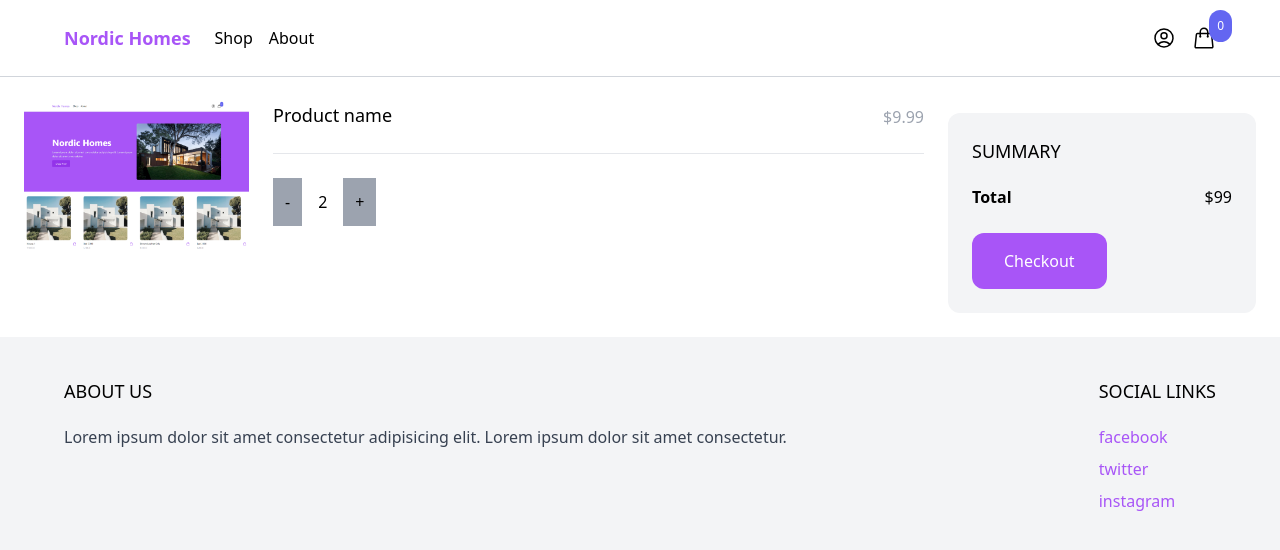
Repository: Calin224/NordicHomes
Page: cart/templates/cart/cart.html
These files come from the project's save history. The page is drawn as it stood at one moment and after the next save; the edit follows.
The browser window is 1280 px wide. The pictures show the whole page.
Some web libraries are served in a nearby version. The template is drawn by Django 4.2. The application's start-up code is not run. Other server files are loaded and not shown. The template is opened directly, without the code that normally fills it, so the values that code supplies are empty.

Above is the page before, as saved 2023-02-16 20:41:28.

### cart/templates/cart/cart.html
{% extends 'core/base.html' %}

{% block content %}

<div class="max-2-6xl mx-auto flex flex-wrap items-start py-6 px-6 ">
    <div class="products w-full lg:w-3/4">
        <div class="product mb-6 flex pr-6">
            <a href="#" class="w-1/4">
                <img src="../../../media/Capture.png" alt="" class="hover:shadow-lg rounded-xl">
            </a>

            <div class="w-3/4 pl-6">
                <div class="flex justify-between">
                    <a href="#" class="text-lg">Product name</a>
                    <span class="mb-6 pt-1 text-gray-400">$9.99</span>
                </div>

                <hr>

                <div class="quantity mt-6 flex items-center space-x-4">
                    <a href="#" class="p-3 bg-gray-400">-</a>
                    <span>2</span>
                    <a href="#" class="p-3 bg-gray-400">+</a>
                </div>
            </div>
        </div>
    </div>

    <div class="summary w-full lg:w-1/4 p-6 bg-gray-100 rounded-xl mt-3">
        <h2 class="uppercase text-lg mb-5">Summary</h2>

        <div class="mb-6 flex justify-between">
            <span class="font-semibold">Total</span>
            <span>$99</span>
        </div>

        <a href="#" class="inline-block px-8 py-4 rounded-xl bg-purple-500 hover:bg-purple-700 text-white">Checkout</a>
    </div>
</div>

{% endblock %}

### core/templates/core/base.html
<!DOCTYPE html>
<html lang="en">

<head>
    <meta charset="UTF-8">
    <meta name="viewport" content="width=device-width, initial-scale=1.0">
    <script src="https://cdn.tailwindcss.com"></script>
</head>

<body>
    <nav class="border-b border-gray-300">
        <div class="max-w-6xl mx-auto py-2 px-6 xl:px-0 flex items-center justify-between">
            <div class="menu-left flex items-center space-x-6">
                <a href="{% url 'frontpage' %}" class="py-4 text-lg text-purple-500 font-semibold">Nordic Homes</a>

                <ul class="flex items-center space-x-4">
                    <li><a href="{% url 'shop' %}">Shop</a></li>
                    <li><a href="#">About</a></li>


                    {% if request.user.is_authenticated %}
                        <li><a href="{% url 'logout' %}" class="px-4 py-2 bg-purple-500 hover:bg-purple-700 text-white rounded-lg">Logout</a></li>
                    {% endif %}

                </ul>
            </div>

            <div class="menu-right flex items-center space-x-4">
                <a href="#">
                    <svg xmlns="http://www.w3.org/2000/svg" fill="none" viewBox="0 0 24 24" stroke-width="1.5"
                        stroke="currentColor" class="w-6 h-6">
                        <path stroke-linecap="round" stroke-linejoin="round"
                            d="M17.982 18.725A7.488 7.488 0 0012 15.75a7.488 7.488 0 00-5.982 2.975m11.963 0a9 9 0 10-11.963 0m11.963 0A8.966 8.966 0 0112 21a8.966 8.966 0 01-5.982-2.275M15 9.75a3 3 0 11-6 0 3 3 0 016 0z" />
                    </svg>

                </a>

                {% include 'cart/menu_cart.html' %}
            </div>
        </div>
    </nav>

    <main>
        {% block content %}{% endblock content %}
    </main>

    <footer class="bg-gray-100">
        <div class="max-w-6xl mx-auto py-10 px-6 xl:px-0 md:flex justify-between">
            <div class="footer-left mb-12 md:mb-0">
                <h2 class="mb-5 uppercase text-lg">about us</h2>
                <p class="text-gray-700">Lorem ipsum dolor sit amet consectetur adipisicing elit. Lorem ipsum dolor sit
                    amet consectetur.</p>
            </div>

            <div class="footer-right">
                <h2 class="mb-5 uppercase text-lg">social links</h2>
                <ul class="space-y-2">
                    <li><a href="#" class="text-purple-500 hover:text-purple-800">facebook</a></li>
                    <li><a href="#" class="text-purple-500 hover:text-purple-800">twitter</a></li>
                    <li><a href="#" class="text-purple-500 hover:text-purple-800">instagram</a></li>
                </ul>
            </div>
        </div>
    </footer>

    <script src="https://unpkg.com/htmx.org@1.8.5"></script>
</body>

</html>

### cart/templates/cart/menu_cart.html
<a href="#" id="menu-cart-button" class="relative">
    <svg xmlns="http://www.w3.org/2000/svg" fill="none" viewBox="0 0 24 24" stroke-width="1.5"
        stroke="currentColor" class="w-6 h-6">
        <path stroke-linecap="round" stroke-linejoin="round"
            d="M15.75 10.5V6a3.75 3.75 0 10-7.5 0v4.5m11.356-1.993l1.263 12c.07.665-.45 1.243-1.119 1.243H4.25a1.125 1.125 0 01-1.12-1.243l1.264-12A1.125 1.125 0 015.513 7.5h12.974c.576 0 1.059.435 1.119 1.007zM8.625 10.5a.375.375 0 11-.75 0 .375.375 0 01.75 0zm7.5 0a.375.375 0 11-.75 0 .375.375 0 01.75 0z" />
    </svg>
    <span class="p-2 absolute -top-4 -right-4 bg-indigo-500 text-white text-xs rounded-full">{{cart|length}}</span>
</a>

After the next save:
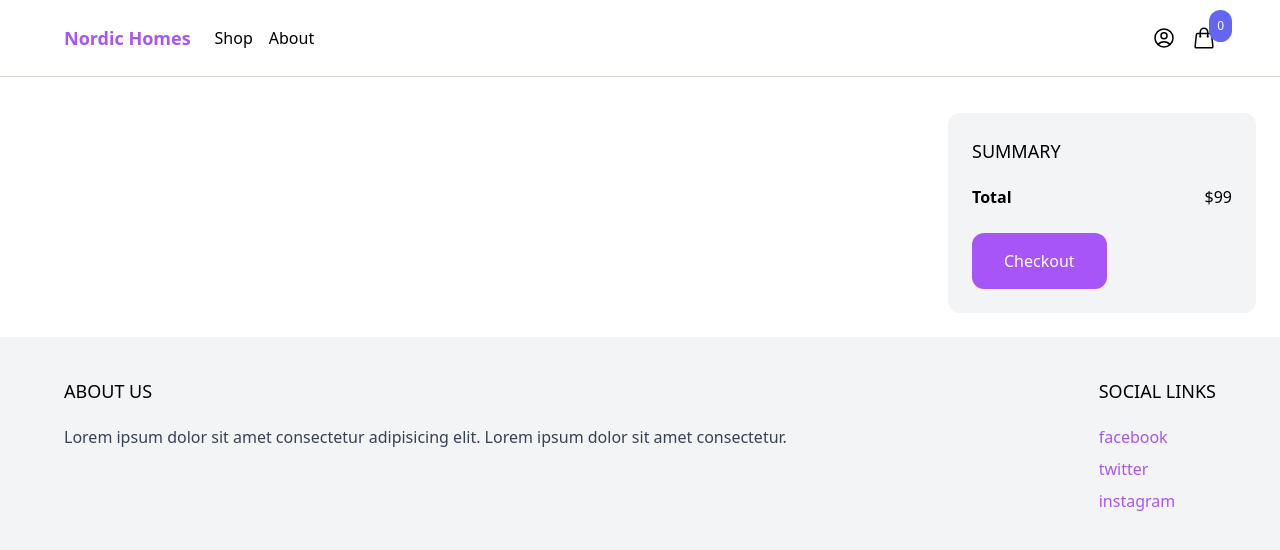
Saved 77 s later.
--- a/cart/templates/cart/cart.html
+++ b/cart/templates/cart/cart.html
@@ -4,26 +4,7 @@
 
 <div class="max-2-6xl mx-auto flex flex-wrap items-start py-6 px-6 ">
     <div class="products w-full lg:w-3/4">
-        <div class="product mb-6 flex pr-6">
-            <a href="#" class="w-1/4">
-                <img src="../../../media/Capture.png" alt="" class="hover:shadow-lg rounded-xl">
-            </a>
 
-            <div class="w-3/4 pl-6">
-                <div class="flex justify-between">
-                    <a href="#" class="text-lg">Product name</a>
-                    <span class="mb-6 pt-1 text-gray-400">$9.99</span>
-                </div>
-
-                <hr>
-
-                <div class="quantity mt-6 flex items-center space-x-4">
-                    <a href="#" class="p-3 bg-gray-400">-</a>
-                    <span>2</span>
-                    <a href="#" class="p-3 bg-gray-400">+</a>
-                </div>
-            </div>
-        </div>
     </div>
 
     <div class="summary w-full lg:w-1/4 p-6 bg-gray-100 rounded-xl mt-3">
